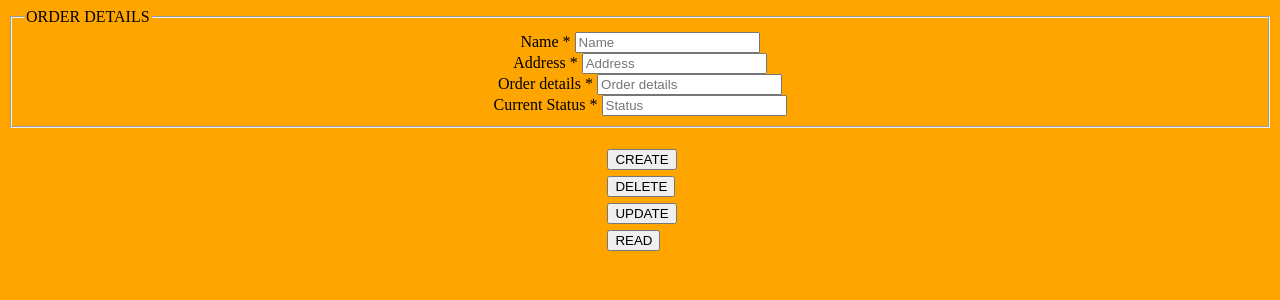
Repository: dhanasekar13/servlet
Page: shooping1/war/first.html
These files come from the project's save history. The page is drawn as it stood at one moment and after the next save; the edit follows.
The browser window is 1280 px wide. The pictures show the whole page.

Above is the page before, as saved 2017-05-10 10:25:55.

After the next save:
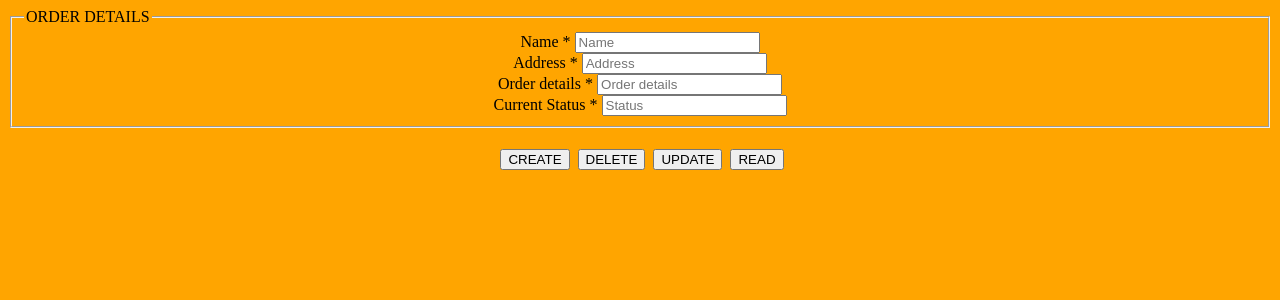
Saved 64 s later.
--- a/shooping1/war/first.html
+++ b/shooping1/war/first.html
@@ -26,19 +26,16 @@
 <tr>
 <td><input type="hidden" name="hide" value="1"></td>
 <td><input type="submit" value="CREATE" /></td>
-<tr>
-<tr>
+
 <td><input type="hidden" name="hide" value="2"></td>
 <td><input type="submit" value="DELETE" /></td>
-<tr>
-<tr>
+
 <td><input type="hidden" name="hide" value="3"></td>
 <td><input type="submit" value="UPDATE" /></td>
-<tr>
-<tr>
+
 <td><input type="hidden" name="hide" value="4"></td>
 <td><input type="submit" value="READ" /></td>
-<tr>
+
 </table>
 </form></center>
 
